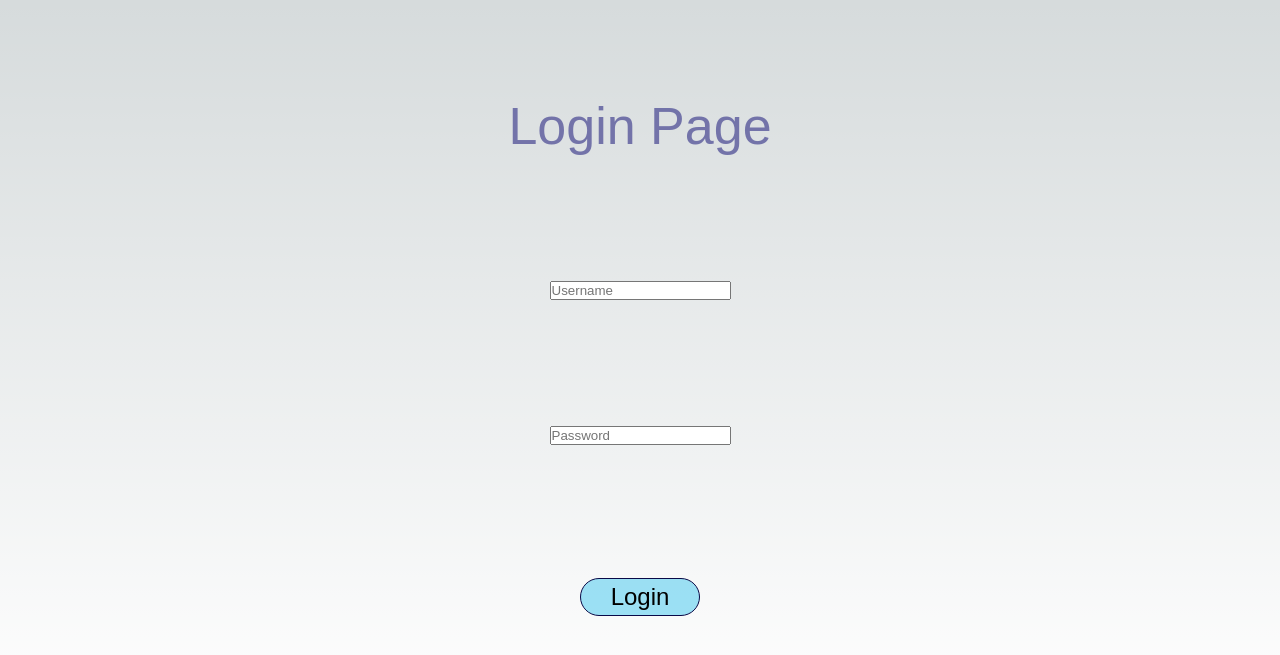
Repository: SaraShio/counter
Page: /
These files come from the project's save history. The page is drawn as it stood at one moment and after the next save; the edit follows.
The browser window is 1280 px wide. The pictures show the whole page.
The project was rebuilt for these pictures with package versions that can differ from the ones it lists, and the page was loaded fresh each time. The framework's server and built-in components were replaced by stand-ins that run in the browser. Also part of the build but not shown: next.config.js.

Above is the page before, as saved 2023-01-15 22:38:06.

### pages/index.js
import Head from 'next/head'
import Image from 'next/image'
import { Inter } from '@next/font/google'
import styles from '../styles/Home.module.css'
import { useEffect, useState } from 'react'
import { useRouter } from 'next/router'


const inter = Inter({ subsets: ['latin'] })

export default function Home() {

  const router = useRouter();

  const [formData, setFormData] = useState({
    firstName: '',
    username: '',
  })

  const CheckLogin = () => {
    console.log(formData.firstName);
    console.log(formData);

    if (formData.username !== null) {
      router.push({
        pathname: './counter',
        query: {
          username: formData.firstName
        }
      })
    }
  }


  return (
    <>
      <Head>
        <title>Create Next App</title>
        <meta name="description" content="Generated by create next app" />
        <meta name="viewport" content="width=device-width, initial-scale=1" />
        <link rel="icon" href="/favicon.ico" />
      </Head>
      <main className={styles.main}>
        <label className={styles.title}>Login Page</label>
        <input
          placeholder='Username'
          type="text"
          id="first"
          name="first"
          //pattern="[A-Z]{1}[a-z]{2-10}"
          //title="The first letter should be uppercase"
          onChange={(e => setFormData({ ...formData, firstName: e.target.value }))}
        />

        <input
          placeholder='Password'
          type="text"
          id="username"
          name="username"
          //required
          //minLength="5"
          //maxLength="10"
          onChange={(e => setFormData({ ...formData, username: e.target.value }))}

        />


        <button className={styles.submit} type="submit" onClick={() => CheckLogin()}>Login</button>

      </main>
    </>
  )
}

### styles/globals.css
:root {
  --max-width: 1100px;
  --border-radius: 12px;
  --font-mono: ui-monospace, Menlo, Monaco, 'Cascadia Mono', 'Segoe UI Mono',
    'Roboto Mono', 'Oxygen Mono', 'Ubuntu Monospace', 'Source Code Pro',
    'Fira Mono', 'Droid Sans Mono', 'Courier New', monospace;

  --foreground-rgb: 0, 0, 0;
  --background-start-rgb: 214, 219, 220;
  --background-end-rgb: 255, 255, 255;
  --purple: #874e93;
  --medium-purple: #6565a2e3;
  --dark-gray: #434346;
  --deep-blue: #0a0a47;
  --light-blue: #51ccf18c;
  --extra-large-header-font: 52px;
  --large-header-font: 40px;
  --medium-header-font: 32px;
  --small-header-font: 24px;
  --new-font: 'Raleway', sans-serif, 'Unbounded', cursive;
  --padding: 16px;


  --primary-glow: conic-gradient(from 180deg at 50% 50%,
      #16abff33 0deg,
      #0885ff33 55deg,
      #54d6ff33 120deg,
      #0071ff33 160deg,
      transparent 360deg);
  --secondary-glow: radial-gradient(rgba(255, 255, 255, 1),
      rgba(255, 255, 255, 0));

  --tile-start-rgb: 239, 245, 249;
  --tile-end-rgb: 228, 232, 233;
  --tile-border: conic-gradient(#00000080,
      #00000040,
      #00000030,
      #00000020,
      #00000010,
      #00000010,
      #00000080);

  --callout-rgb: 238, 240, 241;
  --callout-border-rgb: 172, 175, 176;
  --card-rgb: 180, 185, 188;
  --card-border-rgb: 131, 134, 135;
}

@media (prefers-color-scheme: dark) {
  :root {
    --foreground-rgb: 255, 255, 255;
    --background-start-rgb: 0, 0, 0;
    --background-end-rgb: 0, 0, 0;

    --primary-glow: radial-gradient(rgba(1, 65, 255, 0.4), rgba(1, 65, 255, 0));
    --secondary-glow: linear-gradient(to bottom right,
        rgba(1, 65, 255, 0),
        rgba(1, 65, 255, 0),
        rgba(1, 65, 255, 0.3));

    --tile-start-rgb: 2, 13, 46;
    --tile-end-rgb: 2, 5, 19;
    --tile-border: conic-gradient(#ffffff80,
        #ffffff40,
        #ffffff30,
        #ffffff20,
        #ffffff10,
        #ffffff10,
        #ffffff80);

    --callout-rgb: 20, 20, 20;
    --callout-border-rgb: 108, 108, 108;
    --card-rgb: 100, 100, 100;
    --card-border-rgb: 200, 200, 200;
  }
}

* {
  box-sizing: border-box;
  padding: 0;
  margin: 0;
}

html,
body {
  max-width: 100vw;
  overflow-x: hidden;
}

body {
  color: rgb(var(--foreground-rgb));
  background: linear-gradient(to bottom,
      transparent,
      rgb(var(--background-end-rgb))) rgb(var(--background-start-rgb));
}

a {
  color: inherit;
  text-decoration: none;
}

@media (prefers-color-scheme: dark) {
  html {
    color-scheme: dark;
  }
}

### styles/Home.module.css
.main {
  display: flex;
  flex-direction: column;
  justify-content: space-between;
  align-items: center;
  padding: 6rem;
  min-height: 100vh;
  color: var(--medium-purple);
  font-size: var(--large-header-font);
  font-family: var(--new-font);
}

.title {
  font-size: var(--extra-large-header-font);
}


.submit {
  background-color: var(--light-blue);
  border: 0.5px solid var(--deep-blue);
  width: 120px;
  border-radius: 1000px;
  font-size: var(--small-header-font);
  font-family: var(--new-font);
  margin: 8px;
  padding: 4px;
}

Loaded but not shown: pages/_app.js (common file); pages/_document.js (common file)

After the next save:
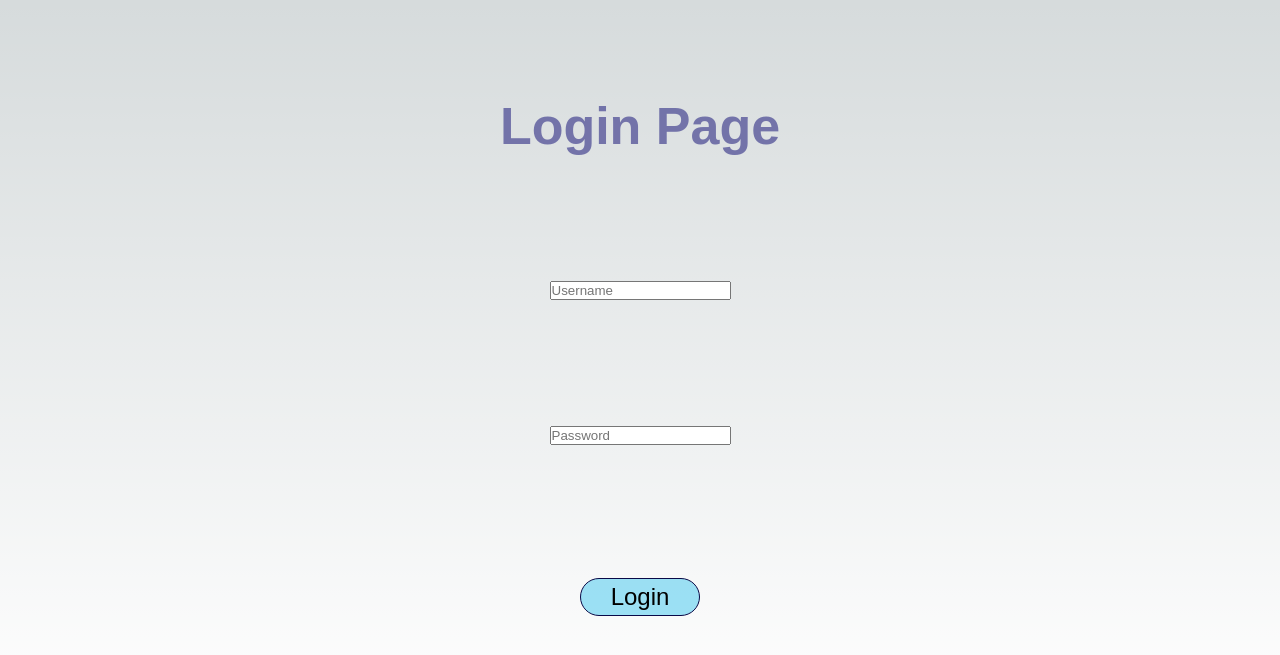
Saved 15 s later.
--- a/styles/Home.module.css
+++ b/styles/Home.module.css
@@ -12,6 +12,7 @@
 
 .title {
   font-size: var(--extra-large-header-font);
+  font-weight: bold;
 }
 
 
